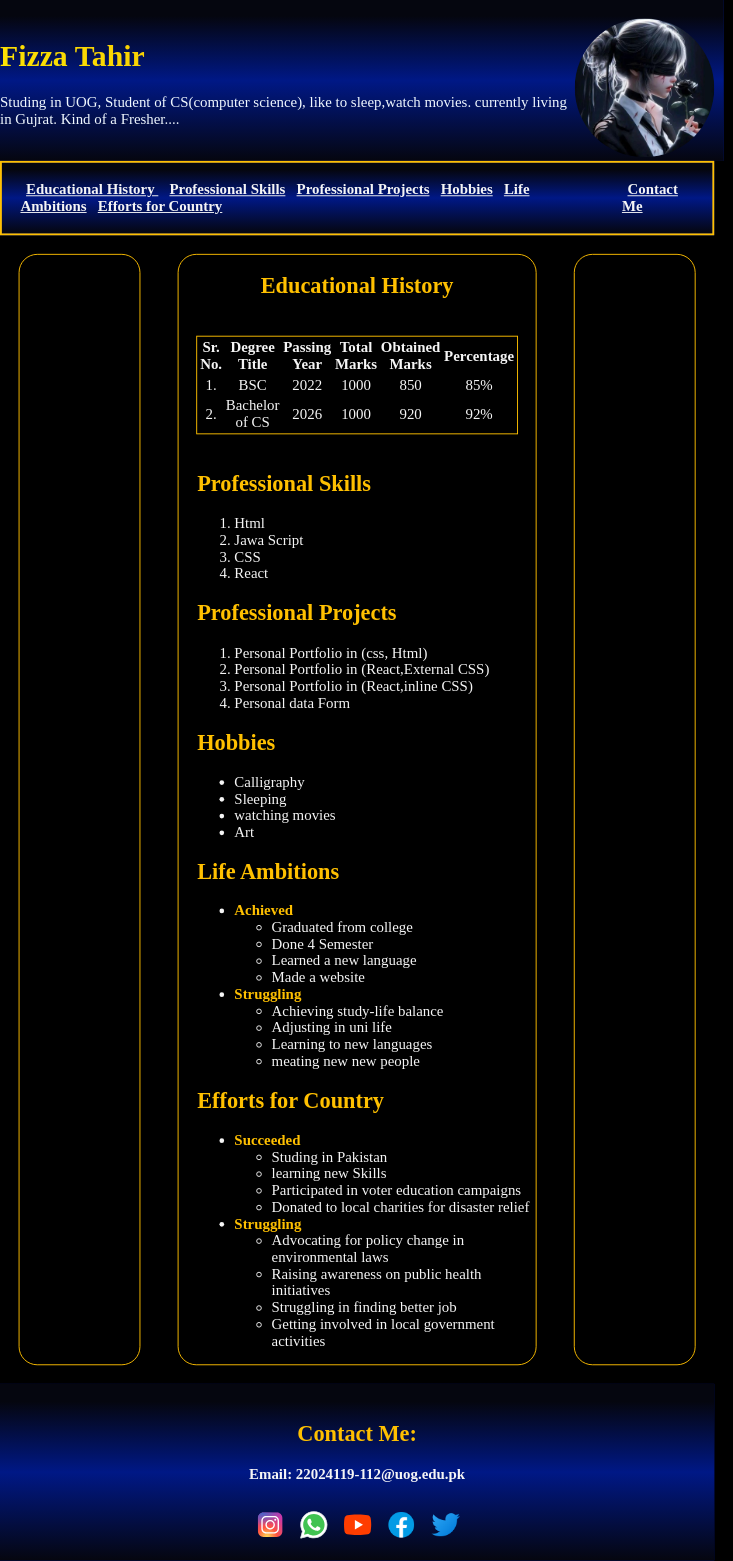
Repository: Fizza-112/project
Page: /
These files come from the project's save history. The page is drawn as it stood at one moment and after a run of saves; the edit follows.
The browser window is 768 px wide. The page is 778 px wide, then 788 px, so the pictures cover 788 px, including what lies to the right of the window. The pictures show the whole page, at 93% of full size.
The project was rebuilt for these pictures with package versions that can differ from the ones it lists, and the page was loaded fresh each time. Also part of the build but not shown: vite.config.ts.

Above is the page before, as saved 2024-09-18 13:21:04.

### src/App.tsx

import "./App.css"
import profileimg from "./assets/WhatsApp Image 2024-09-06 at 9.05.18 AM.jpeg"

import instaimg from "./components/icons8-insta.svg"
import whatsappimg from "./components/icons8-whatsapp.svg"
import youtubeimg from "./components/icons8-youtube.svg"
import facebookimg from "./components/facebook icon.png"
import twitterimg from "./components/twitter.png"

const App = () => {
  return (
    <>
    <header>
    <div> <h1 id='name'><b>Fizza Tahir</b></h1>
    <p id="intro">Studing in UOG, Student of CS(computer science),
    like to sleep,watch movies. currently living in Gujrat. Kind of a Fresher....</p>
    </div>
    <div>
      <img  src={profileimg} alt='image' id="image"/>
    </div>
    </header>

    <nav id="nav">
      <div>
  <a href='#EducationalHistory'>Educational History </a>
  <a href='#ProfessionalSkills'>Professional Skills</a>
  <a href="#ProfessionalProjects">Professional Projects</a>
  <a href="#Hobbies">Hobbies</a>
  <a href="#life-ambitions">Life Ambitions</a>
  <a href="#efforts-for-country">Efforts for Country</a>
  </div>
  <div>
  <a href="#Contact-Me">Contact Me</a>
  </div>
</nav>

<div className="div">
<div id="blank-div"></div>

<div id='main-contant'>

  <div id="EducationalHistory">

    <h2 className='nam'>Educational History</h2>
        <table>
            <thead >
                <tr>
                    <th>Sr. No.</th>
                    <th>Degree Title</th>
                    <th>Passing Year</th>
                    <th>Total Marks</th>
                    <th>Obtained Marks</th>
                    <th>Percentage</th>
                </tr>
            </thead>
            <tbody>
                <tr>
                    <td>1.</td>
                    <td>BSC</td>
                    <td>2022</td>
                    <td>1000</td>
                    <td>850</td>
                    <td>85%</td>
                </tr>
                <tr>
                    <td>2.</td>
                    <td>Bachelor of CS</td>
                    <td>2026</td>
                    <td>1000</td>
                    <td>920</td>
                    <td>92%</td>
                </tr>
            </tbody>
        </table>

  </div>

  <div id="ProfessionalSkills">
<h2 className='nam'>Professional Skills</h2>
<ol>
<li>Html</li>
<li>Jawa Script</li>
<li>CSS</li>
<li>React</li>
</ol>
   </div>

  <div id="ProfessionalProjects">
<h2 className='nam'>Professional Projects</h2>
<ol>
<li>Personal Portfolio in (css, Html)</li>
<li>Personal Portfolio in (React,External CSS)</li>
<li>Personal Portfolio in (React,inline CSS)</li>
<li>Personal data Form</li>
</ol>
   </div>

  <div id="Hobbies">
<h2 className='nam'>Hobbies</h2>
<ul>
<li>Calligraphy</li>
<li>Sleeping</li>
<li>watching movies</li>
<li>Art</li>
</ul>
   </div>

   <div id="life-ambitions">
    <h2 className='nam'>Life Ambitions</h2>
    <ul>
      <li><b className='nam'>Achieved</b></li>
      <ul>
        <li>Graduated from college</li>
        <li>Done 4 Semester </li>
        <li>Learned a new language</li>
        <li>Made a website </li>
      </ul>
      <li><b className='nam'>Struggling</b></li>
      <ul>
        <li>Achieving study-life balance</li>
        <li>Adjusting in uni life</li>
        <li>Learning to new languages</li>
        <li>meating new new people</li>
      </ul>
    </ul>
    </div>

    <div id="efforts-for-country">
    <h2 className='nam'>Efforts for Country</h2>
    <ul>
      <li><b className='nam'>Succeeded</b></li>
      <ul>
        <li>Studing in Pakistan</li>
        <li>learning new Skills</li>
        <li>Participated in voter education campaigns</li>
        <li>Donated to local charities for disaster relief</li>
      </ul>
      <li><b className='nam'>Struggling</b></li>
      <ul>
        <li>Advocating for policy change in environmental laws</li>
        <li>Raising awareness on public health initiatives</li>
        <li>Struggling in finding better job</li>
        <li>Getting involved in local government activities</li>
      </ul>
    </ul>
  </div>

  </div>
  <div id="end"></div>
  </div>

<div id="Contact-Me">
  <footer id='footer'>
<h2 className='con'>Contact Me: </h2>
<h4> Email: 22024119-112@uog.edu.pk</h4>
<div id="logo">
  <a href="https://www.instagram.com/" target='_blank'><img src={instaimg} alt='icon' className='icons'></img></a>
  <a href="https://web.whatsapp.com/" target='_blank'><img src={whatsappimg} alt='icon' className='icons'></img></a>
  <a href="https://www.youtube.com/" target='_blank'><img src={youtubeimg} alt='icon' className='icons'></img></a>
  <a href="https://www.facebook.com/login/?next=https%3A%2F%2Fwww.facebook.com%2F" target='_blank'><img src={facebookimg} alt='icon' className='icons'></img></a>
  <a href="https://twitter.com/i/flow/login" target='_blank'><img src={twitterimg} alt='icon' className='icons'></img></a>

</div>
  </footer>
  </div>
    </>
  )
}

export default App

### src/App.css
body{
  margin: 0px;
  padding: 0px;

  /* background-color:bisque;
  background-image: linear-gradient(19deg, bisque 0%, #989fff 100%);
   */
   /* background-color:bisque;
background-image: linear-gradient(62deg, bisque 0%, #945cfd 100%); */
/* background-color: #001886;
background-image: linear-gradient(43deg, #001886 0%, #05060f 46%, #001886  100%); */
background-color:black;



}
header{
  display: flex;
  align-items: center;
  justify-content: center;
  width: 100%;
  color:aliceblue;
  background-color: #001886;
  background-image: linear-gradient(180deg, #05060f 10%,#001886   50%, #05060f 100%);
/* background-image: linear-gradient(43deg, #001886 0%, #05060f 46%, #001886  100%);  */
}
@media (max-width: 768px){
header{
  display: flex;
  align-items: center;
  justify-content: center;
  width: 100%;
  color:aliceblue;
  background-color: #001886;
  background-image: linear-gradient(180deg, #05060f 10%,#001886   50%, #05060f 100%);
/* background-image: linear-gradient(43deg, #001886 0%, #05060f 46%, #001886  100%);  */
max-width: 768px;
padding-right: 10px;
}
}

#name{
  /*
  /* color:#880808;
  color:#ffc000; */
  background: -webkit-linear-gradient(62deg, #fde403 0%, #efa400 100%);
  -webkit-background-clip: text;
  -webkit-text-fill-color: transparent;

}
#image{
  width: 150px;
  margin-left: auto !important; /* This pushes the image to the right */
  border-radius: 50%;
  margin-top: 20px;

}
#nav{
  display: flex;
  align-items:center;
  justify-content: space-between;
   padding: 20px;
   background-color:  #001886;
   background-image: linear-gradient(180deg, #05060f 10%,#001886   50%, #05060f 100%);
   /* background-image: linear-gradient(180deg, #001886 10%, #05060f 50%, #001886  100%); */
   /* background-color: #001886;
   background-image: linear-gradient(43deg, #001886 0%, #05060f 46%, #001886  100%);  */


  border: 2px solid #ffc000;
}

.div{
  display: flex;


}
#blank-div{
width: 25%;
border: 1px solid #ffc000 ;
                    /*    left box contant border */
margin: 20px;
border-radius:20px;
}
#main-contant{
  width: 50%;
  border: 1px solid #ffc000;      /*center contant border*/
  margin: 20px;
border-radius:20px;
}
#end{
  width: 25%;
  border: 1px solid #ffc000;     /*right contant border*/

  margin: 20px;
  border-radius:20px;

}
a{
  color:whitesmoke;
  margin: 6px;
  font-weight: 600;
}


table{
  border: 1px solid #ffc000;       /*table border*/
  justify-content:center;
  align-items:center;
  text-align: center;
 width: 90%;
  margin: 20px;


}
#EducationalHistory{
  color:whitesmoke;
  width:100%;
  display:flex;
  flex-direction: column;
  justify-content: center;
  align-items:center;
}
#ProfessionalSkills{
  margin-left: 20px;
  color:whitesmoke;
}
#ProfessionalProjects{
  margin-left: 20px;
  color:whitesmoke;
}
#Hobbies{
  margin-left: 20px;
  color:whitesmoke;
}
#life-ambitions{
  margin-left: 20px;
  color:whitesmoke;
}
#efforts-for-country{
  margin-left: 20px;
  color:whitesmoke;
}
.nam{
  color:#ffc000;
}
.con{
 color:#ffc000;

}
#footer{
  text-align: center;
  background-color:  #001886;
background-image: linear-gradient(180deg, #05060f 10%,#001886   50%, #05060f 100%);
/*
  background-color: #001886;
  background-image: linear-gradient(43deg, #001886 0%, #05060f 46%, #001886  100%);  */

  color:whitesmoke;
  margin: 20px, 0px 0px, 0px;
  padding:20px;

  height: 150px;

}
#logo{
  display: flex;
  justify-content: center;
  align-items:center;
}
.icons{
  width: 35px;
  height: auto;
}

Loaded but not shown: index.html (common file); src/main.tsx (common file); src/index.css (no stored copy; drawn as an empty file)

After the next 2 saves:
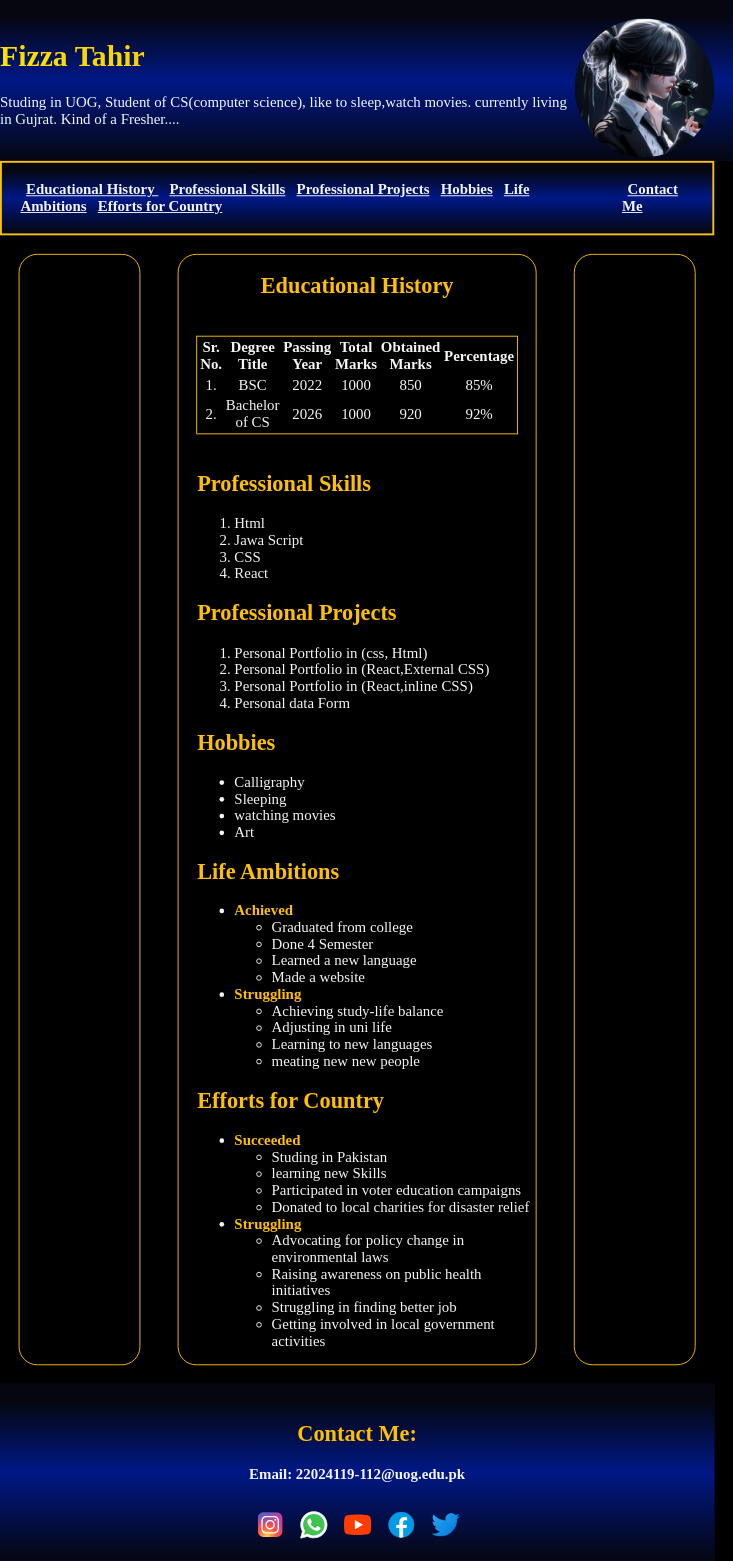
The 2 saves are shown as one change because they came seconds apart.
The last was saved 16 s later.
--- a/src/App.css
+++ b/src/App.css
@@ -35,7 +35,7 @@ header{
   background-image: linear-gradient(180deg, #05060f 10%,#001886   50%, #05060f 100%);
 /* background-image: linear-gradient(43deg, #001886 0%, #05060f 46%, #001886  100%);  */
 max-width: 768px;
-padding-right: 10px;
+padding-right: 20px;
 }
 }
 
